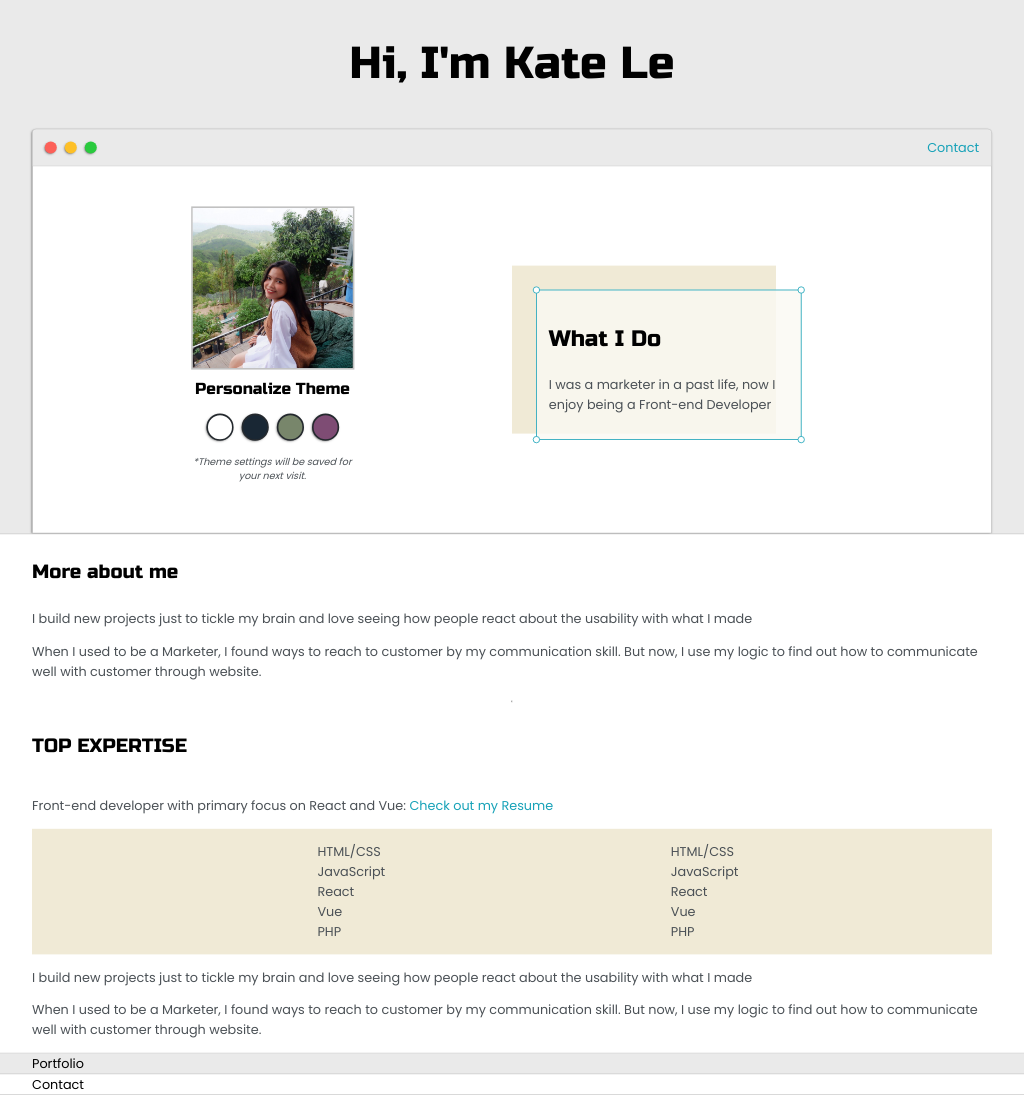
Repository: kate30980/my-persponal-website
Page: index.html
The author's editor kept a copy of each file at every save. The page is drawn from the files as they stood at one save, then again after the next save.
The browser window is 1280 px wide. The pictures show the whole page, at 80% of full size.

Above is the page before, as saved 2021-08-26 22:16:01.

### index.html
<!DOCTYPE html>
<html lang="en">

<head>
    <meta charset="UTF-8">
    <meta http-equiv="X-UA-Compatible" content="IE=edge">
    <meta name="viewport" content="width=device-width, initial-scale=1.0">
    <title>Kate Le</title>
    <link rel="preconnect" href="https://fonts.googleapis.com">
    <link rel="preconnect" href="https://fonts.gstatic.com" crossorigin>
    <link rel="preconnect" href="https://fonts.googleapis.com">
    <link rel="preconnect" href="https://fonts.gstatic.com" crossorigin>
    <link href="https://fonts.googleapis.com/css2?family=Poppins:wght@300;400;600;700&family=Russo+One&display=swap"
        rel="stylesheet">
    <link rel="stylesheet" href="main.css">
</head>

<body>

    <section class="s1">
        <div class="main-container">
            <div class="greeting-wrapper">
                <h1>Hi, I'm Kate Le</h1>
            </div>

            <div class="intro-wrapper">
                <div class="nav-wrapper">
                    <div class="dots-wrapper">
                        <div id="dot-1" class="browser-dot"></div>
                        <div id="dot-2" class="browser-dot"></div>
                        <div id="dot-3" class="browser-dot"></div>
                    </div>
                    <ul id="navigation">
                        <li>
                            <a href="#">Contact</a>
                        </li>
                    </ul>
                </div>
                <div class="left-column">
                    <img id="profile-pic" src="./images/IMG_2624.JPG" alt="img-kate">
                    <h5 style="text-align:center;line-height:0; margin: 25px">Personalize Theme</h5>

                    <div id="theme-options-wrapper">
                        <div id="light-mode" class="theme-dot"></div>
                        <div id="blue-mode" class="theme-dot"></div>
                        <div id="green-mode" class="theme-dot"></div>
                        <div id="purple-mode" class="theme-dot"></div>
                    </div>

                    <p id="settings-note">*Theme settings will be saved for <br> your next visit.</p>
                </div>
                <div class="right-column">

                    <div id="preview-shadow">
                        <div id="preview">
                            <div id="corner-tl" class="corner"></div>
                            <div id="corner-tr" class="corner"></div>
                            <h3>What I Do</h3>
                            <p>I was a marketer in a past life, now I enjoy being a Front-end Developer</p>
                            <div id="corner-br" class="corner"></div>
                            <div id="corner-bl" class="corner"></div>
                        </div>
                    </div>

                </div>
            </div>

        </div>
    </section>

    <section class="s2">
        <div class="main-container">

            <div class="about-wrapper">
                <div class="about-me">
                    <h4>More about me</h4>
                    <p>I build new projects just to tickle my brain and love seeing how people react about the usability
                        with what I made</p>
                    <p>When I used to be a Marketer, I found ways to reach to customer by my communication skill. But
                        now, I use my logic to find out how to communicate well with customer through website.</p>
                </div>

                <hr>

                <h4>TOP EXPERTISE</h4>
                <p>Front-end developer with primary focus on React and Vue: <a target="_blank"
                        href="CV-HAN-LE-FRONTEND-DEV.pdf">Check
                        out my Resume</a></p>

                <div id="skills">
                    <ul>
                        <li>HTML/CSS</li>
                        <li>JavaScript</li>
                        <li>React</li>
                        <li>Vue</li>
                        <li>PHP</li>
                    </ul>
                    <ul>
                        <li>HTML/CSS</li>
                        <li>JavaScript</li>
                        <li>React</li>
                        <li>Vue</li>
                        <li>PHP</li>
                    </ul>
                </div>


                <div class="social-links">
                    <p>I build new projects just to tickle my brain and love seeing how people react about the usability
                        with what I made</p>
                    <p>When I used to be a Marketer, I found ways to reach to customer by my communication skill. But
                        now, I use my logic to find out how to communicate well with customer through website.</p>
                </div>
            </div>

        </div>
    </section>

    <section class="s1">
        <div class="main-container">
            Portfolio
        </div>
    </section>

    <section class="s2">
        <div class="main-container">
            Contact
        </div>
    </section>

</body>

</html>

### main.css
:root {
  --mainText: black;
  --secondaryText: #4b5156;

  --mainColor: #eaeaea;
  --secondaryColor: #fff;

  --borderColor: #c1c1c1;
  --themeDotBorder: #24292e;

  --previewBg: rgba(251, 249, 243, 0.8);
  --previewShadow: #f0ead6;
}

html,
body {
  padding: 0;
  margin: 0;
  font-family: "Poppins", sans-serif;
}
h1,
h2,
h3,
h4,
h5,
h6,
strong {
  color: var(--mainText);
  font-family: "Russo One", sans-serif;
  font-weight: 500;
}

p,
li,
span,
label,
input,
textarea,
select {
  color: var(--secondaryText);
  font-family: "Poppins", sans-serif;
}
ul {
  list-style: none;
}

a {
  text-decoration: none;
  color: #17a2b8;
}

h1 {
  font-size: 56px;
}
h2 {
  font-size: 36px;
}
h3 {
  font-size: 28px;
}
h4 {
  font-size: 24px;
}
h5 {
  font-size: 20px;
}
h6 {
  font-size: 16px;
}

.s1 {
  background-color: var(--mainColor);
  border-bottom: 1px solid var(--borderColor);
  overflow: auto;
}
.s2 {
  background-color: var(--secondaryColor);
  border-bottom: 1px solid var(--borderColor);
  overflow: auto;
}
.main-container {
  width: 1200px;
  margin: 0 auto;
}
.greeting-wrapper {
  display: grid;
  text-align: center;
  align-content: center;
  min-height: 10em;
}

.intro-wrapper {
  background-color: var(--secondaryColor);
  border: 1px solid var(--borderColor);
  border-radius: 5px 5px 0 0;

  -webkit-box-shadow: -1px 1px 3px -1px rgba(0, 0, 0, 0.75);
  -moz-box-shadow: -1px 1px 3px -1px rgba(0, 0, 0, 0.75);
  box-shadow: -1px 1px 3px -1px rgba(0, 0, 0, 0.75);

  display: grid;
  grid-template-columns: 1fr 1fr;
  grid-template-areas:
    "nav-wrapper nav-wrapper"
    "left-column right-column";
}

#navigation {
  margin: 0;
  padding: 10px;
}
#navigation li {
  display: inline-block;
  margin-right: 5px;
  margin-left: 5px;
}

.dots-wrapper {
  display: flex;
  padding: 10px;
}

#dot-1 {
  background-color: #fc6058;
}
#dot-2 {
  background-color: #fec027;
}
#dot-3 {
  background-color: #2aca3e;
}

.browser-dot {
  background-color: black;
  height: 15px;
  width: 15px;
  border-radius: 50%;
  margin: 5px;

  -webkit-box-shadow: -1px 1px 3px -1px rgba(0, 0, 0, 0.75);
  -moz-box-shadow: -1px 1px 3px -1px rgba(0, 0, 0, 0.75);
  box-shadow: -1px 1px 3px -1px rgba(0, 0, 0, 0.75);
}

.nav-wrapper {
  grid-area: nav-wrapper;
  border-bottom: 1px solid var(--borderColor);
  display: flex;
  justify-content: space-between;
  align-items: center;
  background-color: var(--mainColor);
  border-radius: 5px 5px 0 0;
}
.left-column {
  grid-area: left-column;
  padding-top: 50px;
  padding-bottom: 50px;
}
#profile-pic {
  display: block;
  margin: auto;
  height: 200px;
  width: 200px;
  object-fit: cover;
  border: 2px solid var(--borderColor);
}

#theme-options-wrapper {
  display: flex;
  justify-content: center;
}

.theme-dot {
  height: 30px;
  width: 30px;
  border-radius: 50%;
  background-color: black;

  margin: 5px;
  border: 2px solid var(--themeDotBorder);

  -webkit-box-shadow: -1px 1px 3px -1px rgba(0, 0, 0, 0.75);
  -moz-box-shadow: -1px 1px 3px -1px rgba(0, 0, 0, 0.75);
  box-shadow: -1px 1px 3px -1px rgba(0, 0, 0, 0.75);
  cursor: pointer;
}

.theme-dot:hover {
  border-width: 5px;
}
#light-mode {
  background-color: #fff;
}
#blue-mode {
  background-color: #192734;
}
#green-mode {
  background-color: #78866b;
}
#purple-mode {
  background-color: #7e4c74;
}
#settings-note {
  font-size: 12px;
  font-style: italic;
  text-align: center;
}

.right-column {
  grid-area: right-column;
  display: grid;
  align-content: center;

  padding-top: 50px;
  padding-bottom: 50px;
}

#preview-shadow {
  background-color: var(--previewShadow);
  width: 300px;
  height: 180px;
  padding-left: 30px;
  padding-top: 30px;
}

#preview {
  width: 300px;
  border: 1.5px solid #17a2b8;
  background-color: var(--previewBg);
  padding: 15px;
  position: relative;
}
.corner {
  width: 7px;
  border: 1.5px solid #17a2b8;
  height: 7px;
  border-radius: 50%;
  background-color: #fff;
  position: absolute;
}
#corner-tl {
  top: -5px;
  left: -5px;
}
#corner-tr {
  top: -5px;
  right: -5px;
}
#corner-br {
  bottom: -5px;
  right: -5px;
}
#corner-bl {
  bottom: -5px;
  left: -5px;
}

.about-wrapper {
  display: grid;
  /* grid-template-columns: repeat(auto-fit, minmax(320px, 1fr)); */
  /*Repeat this action right here which tells us auto fit as many colums as we can into this row, however many colums will fil in there  and add them in there and repeat it this way with min max say that the column should never be smaller than 320px, so once we get to the point where it starts crushing it, go ahead and start naturally stacking those item*/
}

#skills {
  display: flex;
  justify-content: space-evenly;
  background-color: var(--previewShadow);
}

@media screen and (max-width: 1200px) {
  .main-container {
    width: 95%;
  }
}
@media screen and (max-width: 800px) {
  .intro-wrapper {
    grid-template-columns: 1fr;
    grid-template-areas:
      "nav-wrapper"
      "left-column"
      "right-column";
  }
  .right-column {
    justify-content: center;
  }
}

After the next save:
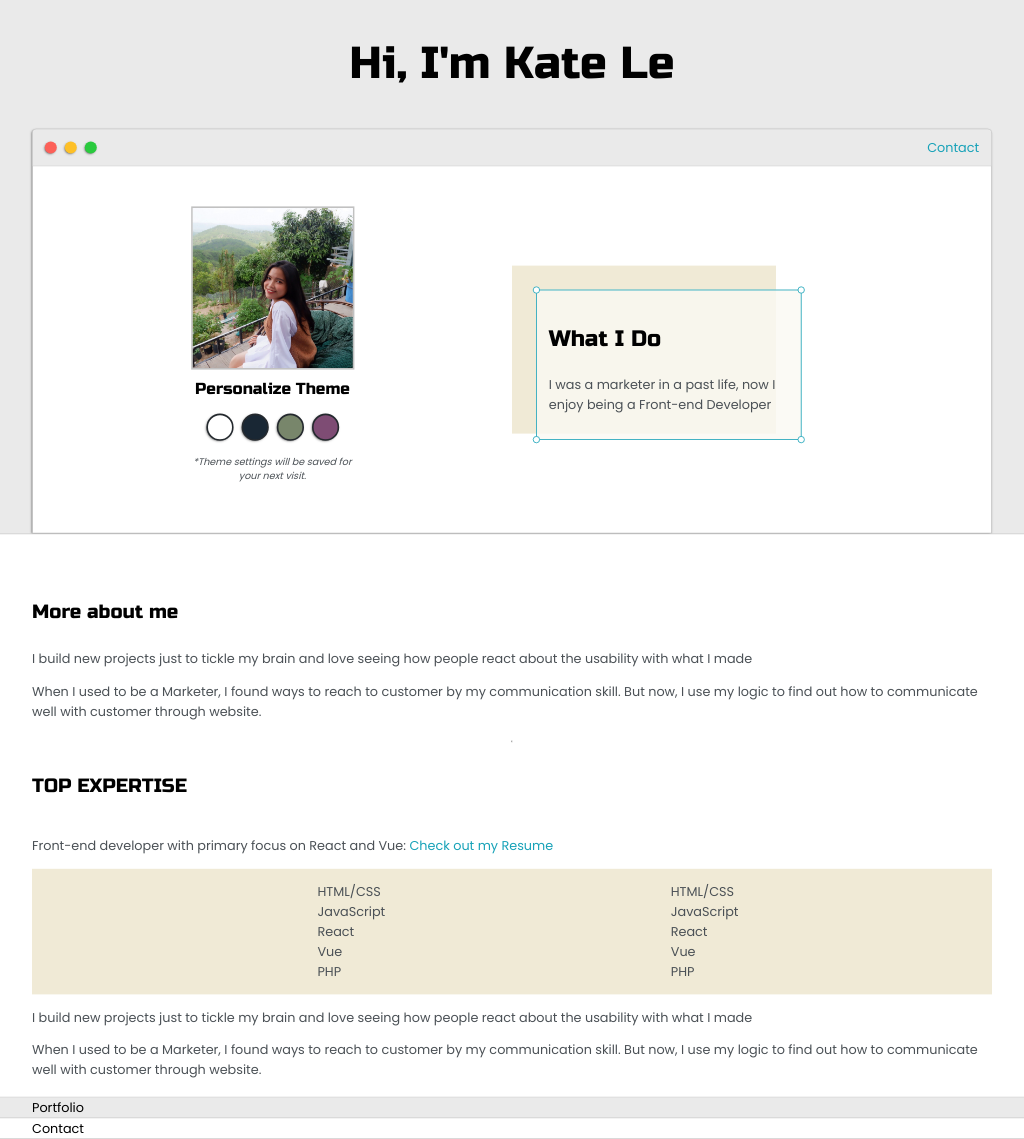
Saved 51 s later.
--- a/main.css
+++ b/main.css
@@ -257,6 +257,8 @@
 
 .about-wrapper {
   display: grid;
+  padding-bottom: 5px;
+  padding-top: 50px;
   /* grid-template-columns: repeat(auto-fit, minmax(320px, 1fr)); */
   /*Repeat this action right here which tells us auto fit as many colums as we can into this row, however many colums will fil in there  and add them in there and repeat it this way with min max say that the column should never be smaller than 320px, so once we get to the point where it starts crushing it, go ahead and start naturally stacking those item*/
 }
